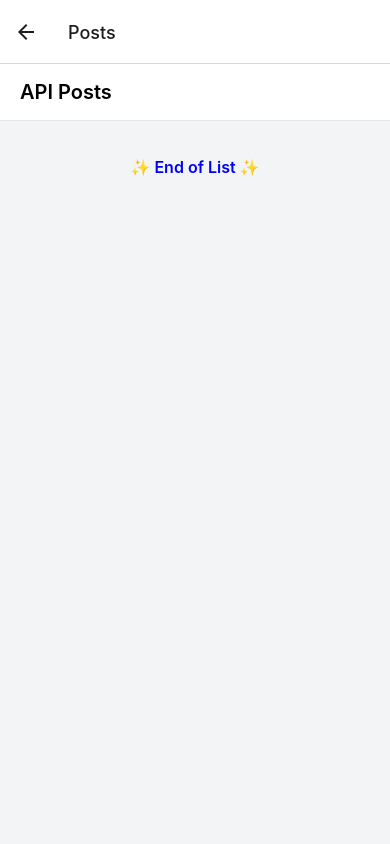
Repository: nawaz1568/Task_counter
Screen: /Posts
An editor plug-in stored every save of this project. The screen is shown before and after the next save, followed by the edit.
The page's requests for data from a server got no answer. The app was drawn by React Native's web renderer in a window 390 px wide. The project was rebuilt for these pictures with package versions that can differ from the ones it lists, and the page was loaded fresh each time. No one was signed in, and anything a server would have sent is missing. Also part of the build but not shown: src/screens/PostDetailScreen.js, src/screens/CounterScreen.js, src/screens/PostsScreen.js, src/screens/AnotherDetailScreen.js, src/screens/DummyPostsScreen.js, src/screens/DummyPostDetailScreen.js.

Above is the screen before, as saved 2025-09-09 20:03:51.

### App.js
import React from 'react';
import { NavigationContainer } from '@react-navigation/native';
import { createNativeStackNavigator } from '@react-navigation/native-stack';
import LoginScreen from './src/screens/LoginScreen';
import PostListScreen from './src/screens/PostListScreen';
import PostDetailScreen from './src/screens/PostDetailScreen';
import CounterScreen from './src/screens/CounterScreen';
import PostsScreen from './src/screens/PostsScreen';
import AnotherDetailScreen from './src/screens/AnotherDetailScreen';
import DummyPostsScreen from './src/screens/DummyPostsScreen';
import DummyPostDetailScreen from './src/screens/DummyPostDetailScreen';

const Stack = createNativeStackNavigator();

export default function App() {
  return (
    <NavigationContainer>
      <Stack.Navigator initialRouteName="Login">
        <Stack.Screen name="Login" component={LoginScreen} options={{ title: 'Login' }} />
        <Stack.Screen name="Posts" component={PostListScreen} options={{ title: 'Posts' }} />
        <Stack.Screen name="Details" component={PostDetailScreen} options={{ title: 'Post Details' }} />
        <Stack.Screen name="AnotherDetails" component={AnotherDetailScreen} options={{ title: 'Another Detail' }} />
        <Stack.Screen name="Post" component={PostsScreen} options={{ title: 'Post' }} />
        <Stack.Screen name="Counter" component={CounterScreen} options={{ title: 'Counter' }} />
         <Stack.Screen name="DummyPosts" component={DummyPostsScreen} options={{ title: 'Dummy Posts' }} />
        <Stack.Screen name="DummyPostDetail" component={DummyPostDetailScreen} options={{ title: 'Post Detail' }} />
      </Stack.Navigator>
    </NavigationContainer>
  );
}

### src/screens/LoginScreen.js
import React, { useState } from 'react';
import { View, Text, TextInput, Alert, TouchableOpacity, StyleSheet } from 'react-native';
import Icon from 'react-native-vector-icons/Ionicons'; // 👈 install if not already

export default function LoginScreen({ navigation }) {
  const [email, setEmail] = useState('');
  const [password, setPassword] = useState('');
  const [secureTextEntry, setSecureTextEntry] = useState(true); // 👈 toggle state

  const onLogin = () => {
    Alert.alert('Login', `Email: ${email}\nPassword: ${password}`);
    navigation.navigate('Posts');
  };

  const goToCounter = () => {
    navigation.navigate('Counter');
  };

  return (
    <View style={styles.container}>
      <Text style={styles.title}>Welcome</Text>

      {/* Email Input */}
      <TextInput
        placeholder="Email"
        value={email}
        onChangeText={setEmail}
        keyboardType="email-address"
        autoCapitalize="none"
        style={styles.input}
      />

      {/* Password Input with Eye Icon */}
      <View style={styles.passwordContainer}>
        <TextInput
          placeholder="Password"
          value={password}
          onChangeText={setPassword}
          secureTextEntry={secureTextEntry}
          style={styles.passwordInput}
        />
        <TouchableOpacity
          onPress={() => setSecureTextEntry(!secureTextEntry)}
          style={styles.eyeIcon}
        >
          <Icon name={secureTextEntry ? 'eye-off' : 'eye'} size={22} color="#6b7280" />
        </TouchableOpacity>
      </View>

      {/* Buttons */}
      <TouchableOpacity style={styles.button} onPress={onLogin}>
        <Text style={styles.buttonText}>Login</Text>
      </TouchableOpacity>

      <TouchableOpacity
        style={[styles.button, { backgroundColor: '#2563eb', marginTop: 12 }]}
        onPress={() => navigation.navigate('Post')}
      >
        <Text style={styles.buttonText}>JSON</Text>
      </TouchableOpacity>

      <TouchableOpacity
        style={[styles.button, { backgroundColor: '#10b981', marginTop: 12 }]}
        onPress={() => navigation.navigate('DummyPosts')}
      >
        <Text style={styles.buttonText}>Dummy API</Text>
      </TouchableOpacity>

      <TouchableOpacity
        style={[styles.button, { backgroundColor: '#f59e0b', marginTop: 12 }]}
        onPress={goToCounter}
      >
        <Text style={styles.buttonText}>Go to Counter Demo</Text>
      </TouchableOpacity>
    </View>
  );
}

const styles = StyleSheet.create({
  container: {
    flex: 1,
    alignItems: 'center',
    justifyContent: 'center',
    padding: 20,
    backgroundColor: '#f9fafb',
  },
  title: { fontSize: 24, fontWeight: '700', marginBottom: 24 },
  input: {
    width: '100%',
    borderWidth: 1,
    borderColor: '#d1d5db',
    borderRadius: 12,
    padding: 12,
    marginBottom: 12,
    backgroundColor: '#fff',
  },
  passwordContainer: {
    flexDirection: 'row',
    alignItems: 'center',
    width: '100%',
    borderWidth: 1,
    borderColor: '#d1d5db',
    borderRadius: 12,
    marginBottom: 12,
    backgroundColor: '#fff',
  },
  passwordInput: {
    flex: 1,
    padding: 12,
  },
  eyeIcon: {
    paddingHorizontal: 12,
  },
  button: {
    width: '100%',
    padding: 14,
    backgroundColor: '#111827',
    borderRadius: 12,
    alignItems: 'center',
    marginTop: 4,
  },
  buttonText: { color: '#fff', fontWeight: '600' },
});

### src/screens/PostListScreen.js
import React, { useEffect, useState, useCallback } from "react";
import {
  View,
  Text,
  FlatList,
  ActivityIndicator,
  TouchableOpacity,
  StyleSheet,
  RefreshControl,
} from "react-native";
import Header from "../components/Header";

export default function PostListScreen({ navigation }) {
  const [posts, setPosts] = useState([]);
  const [loading, setLoading] = useState(false);
  const [refreshing, setRefreshing] = useState(false);

  const fetchPosts = async () => {
    try {
      setLoading(true);
      const res = await fetch("https://jsonplaceholder.typicode.com/posts");
      const data = await res.json();
      setPosts(data);
    } catch (e) {
      console.warn("Failed to fetch posts", e);
    } finally {
      setLoading(false);
    }
  };

  useEffect(() => {
    fetchPosts();
  }, []);

  const onRefresh = useCallback(async () => {
    setRefreshing(true);
    await fetchPosts();
    setRefreshing(false);
  }, []);

  const renderItem = ({ item }) => (
    <TouchableOpacity
      style={styles.card}
      onPress={() => navigation.navigate("Details", { post: item })}
    >
      <Text style={styles.cardDetail}>UserID: {item.userId}</Text>
      <Text style={styles.cardDetail}>ID: {item.id}</Text>
      <Text style={styles.cardTitle}>{item.title}</Text>
      <Text style={styles.cardBody}>{item.body}</Text>
    </TouchableOpacity>
  );

  if (loading && posts.length === 0) {
    return (
      <View style={styles.center}>
        <ActivityIndicator size="large" />
      </View>
    );
  }

  return (
    <View style={styles.container}>
      <Header title="API Posts" />
      <FlatList
        data={posts}
        keyExtractor={(item, index) => `${item.id}-${index}`} // ✅ always unique
        renderItem={renderItem}
        contentContainerStyle={{ padding: 16 }}
        extraData={posts} // ✅ force re-render if posts change
        ListFooterComponent={
          <View style={styles.footerContainer}>
            <Text style={styles.footer}>✨ End of List ✨</Text>
          </View>
        }
        refreshControl={
          <RefreshControl refreshing={refreshing} onRefresh={onRefresh} />
        }
      />
    </View>
  );
}

const styles = StyleSheet.create({
  container: { flex: 1, backgroundColor: "#f3f4f6" },
  center: { flex: 1, alignItems: "center", justifyContent: "center" },
  card: {
    backgroundColor: "#fff",
    padding: 16,
    borderRadius: 12,
    marginBottom: 12,
    borderWidth: 1,
    borderColor: "#e5e7eb",
  },
  cardDetail: { fontSize: 14, color: "#4b5563", marginBottom: 4 },
  cardTitle: { fontSize: 16, fontWeight: "700", marginBottom: 6 },
  cardBody: { color: "#374151" },
  footerContainer: {
    paddingVertical: 20,
    alignItems: "center",
    justifyContent: "center",
  },
  footer: {
    color: "blue", // ✅ blue color
    fontWeight: "600",
    fontSize: 16,
  },
});

### src/components/Header.js
import React from 'react';
import { View, Text, StyleSheet } from 'react-native';

export default function Header({ title }) {
  return (
    <View style={styles.container}>
      <Text style={styles.title}>{title}</Text>
    </View>
  );
}

const styles = StyleSheet.create({
  container: {
    paddingVertical: 16,
    paddingHorizontal: 20,
    borderBottomWidth: 1,
    borderColor: '#e5e7eb',
    backgroundColor: '#fff',
  },
  title: {
    fontSize: 20,
    fontWeight: '600',
  },
});

After the next save:
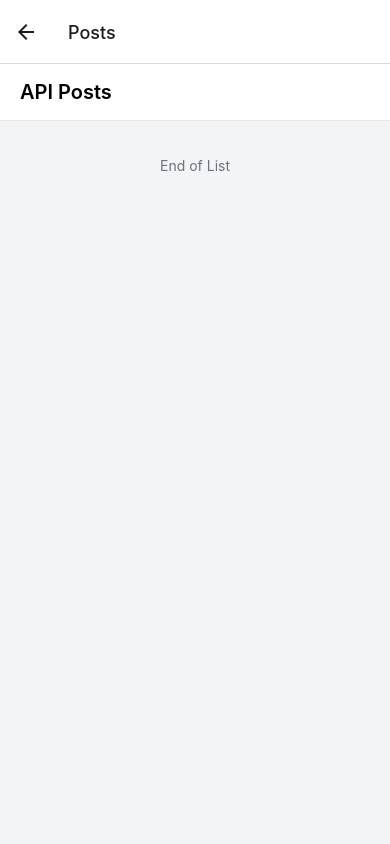
Saved 5 min 16 s later.
--- a/src/screens/PostListScreen.js
+++ b/src/screens/PostListScreen.js
@@ -1,14 +1,6 @@
-import React, { useEffect, useState, useCallback } from "react";
-import {
-  View,
-  Text,
-  FlatList,
-  ActivityIndicator,
-  TouchableOpacity,
-  StyleSheet,
-  RefreshControl,
-} from "react-native";
-import Header from "../components/Header";
+import React, { useEffect, useState, useCallback } from 'react';
+import { View, Text, FlatList, ActivityIndicator, TouchableOpacity, StyleSheet, RefreshControl } from 'react-native';
+import Header from '../components/Header';
 
 export default function PostListScreen({ navigation }) {
   const [posts, setPosts] = useState([]);
@@ -18,19 +10,17 @@
   const fetchPosts = async () => {
     try {
       setLoading(true);
-      const res = await fetch("https://jsonplaceholder.typicode.com/posts");
+      const res = await fetch('https://jsonplaceholder.typicode.com/posts');
       const data = await res.json();
       setPosts(data);
     } catch (e) {
-      console.warn("Failed to fetch posts", e);
+      console.warn('Failed to fetch posts', e);
     } finally {
       setLoading(false);
     }
   };
 
-  useEffect(() => {
-    fetchPosts();
-  }, []);
+  useEffect(() => { fetchPosts(); }, []);
 
   const onRefresh = useCallback(async () => {
     setRefreshing(true);
@@ -39,14 +29,9 @@
   }, []);
 
   const renderItem = ({ item }) => (
-    <TouchableOpacity
-      style={styles.card}
-      onPress={() => navigation.navigate("Details", { post: item })}
-    >
-      <Text style={styles.cardDetail}>UserID: {item.userId}</Text>
-      <Text style={styles.cardDetail}>ID: {item.id}</Text>
+    <TouchableOpacity style={styles.card} onPress={() => navigation.navigate('Details', { post: item })}>
       <Text style={styles.cardTitle}>{item.title}</Text>
-      <Text style={styles.cardBody}>{item.body}</Text>
+      <Text style={styles.cardBody} numberOfLines={2}>{item.body}</Text>
     </TouchableOpacity>
   );
 
@@ -63,45 +48,32 @@
       <Header title="API Posts" />
       <FlatList
         data={posts}
-        keyExtractor={(item, index) => `${item.id}-${index}`} // ✅ always unique
+        keyExtractor={(item) => String(item.id)}
         renderItem={renderItem}
         contentContainerStyle={{ padding: 16 }}
-        extraData={posts} // ✅ force re-render if posts change
-        ListFooterComponent={
-          <View style={styles.footerContainer}>
-            <Text style={styles.footer}>✨ End of List ✨</Text>
-          </View>
-        }
-        refreshControl={
-          <RefreshControl refreshing={refreshing} onRefresh={onRefresh} />
-        }
+        ListFooterComponent={<Text style={styles.footer}>End of List</Text>}
+        refreshControl={<RefreshControl refreshing={refreshing} onRefresh={onRefresh} />}
       />
     </View>
   );
 }
 
 const styles = StyleSheet.create({
-  container: { flex: 1, backgroundColor: "#f3f4f6" },
-  center: { flex: 1, alignItems: "center", justifyContent: "center" },
+  container: { flex: 1, backgroundColor: '#f3f4f6' },
+  center: { flex: 1, alignItems: 'center', justifyContent: 'center' },
   card: {
-    backgroundColor: "#fff",
+    backgroundColor: '#fff',
     padding: 16,
     borderRadius: 12,
     marginBottom: 12,
     borderWidth: 1,
-    borderColor: "#e5e7eb",
+    borderColor: '#e5e7eb',
   },
-  cardDetail: { fontSize: 14, color: "#4b5563", marginBottom: 4 },
-  cardTitle: { fontSize: 16, fontWeight: "700", marginBottom: 6 },
-  cardBody: { color: "#374151" },
-  footerContainer: {
+  cardTitle: { fontSize: 16, fontWeight: '700', marginBottom: 6 },
+  cardBody: { color: '#374151' },
+  footer: {
+    textAlign: 'center',
     paddingVertical: 20,
-    alignItems: "center",
-    justifyContent: "center",
-  },
-  footer: {
-    color: "blue", // ✅ blue color
-    fontWeight: "600",
-    fontSize: 16,
+    color: '#6b7280',
   },
 });

After the save that followed:
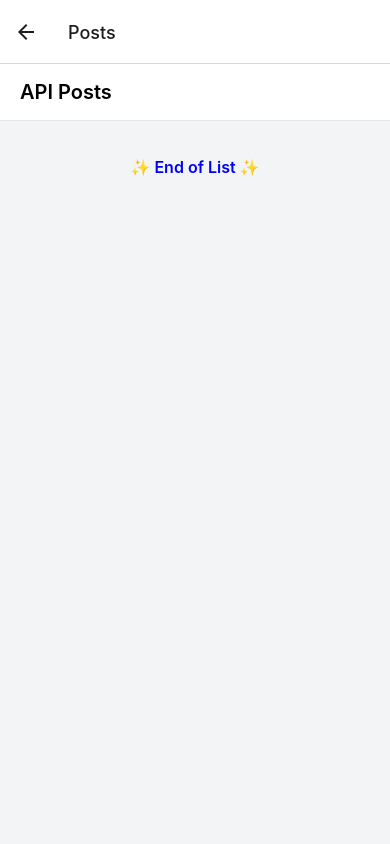
Saved 15 s later.
--- a/src/screens/PostListScreen.js
+++ b/src/screens/PostListScreen.js
@@ -1,6 +1,14 @@
-import React, { useEffect, useState, useCallback } from 'react';
-import { View, Text, FlatList, ActivityIndicator, TouchableOpacity, StyleSheet, RefreshControl } from 'react-native';
-import Header from '../components/Header';
+import React, { useEffect, useState, useCallback } from "react";
+import {
+  View,
+  Text,
+  FlatList,
+  ActivityIndicator,
+  TouchableOpacity,
+  StyleSheet,
+  RefreshControl,
+} from "react-native";
+import Header from "../components/Header";
 
 export default function PostListScreen({ navigation }) {
   const [posts, setPosts] = useState([]);
@@ -10,17 +18,19 @@
   const fetchPosts = async () => {
     try {
       setLoading(true);
-      const res = await fetch('https://jsonplaceholder.typicode.com/posts');
+      const res = await fetch("https://jsonplaceholder.typicode.com/posts");
       const data = await res.json();
       setPosts(data);
     } catch (e) {
-      console.warn('Failed to fetch posts', e);
+      console.warn("Failed to fetch posts", e);
     } finally {
       setLoading(false);
     }
   };
 
-  useEffect(() => { fetchPosts(); }, []);
+  useEffect(() => {
+    fetchPosts();
+  }, []);
 
   const onRefresh = useCallback(async () => {
     setRefreshing(true);
@@ -29,9 +39,14 @@
   }, []);
 
   const renderItem = ({ item }) => (
-    <TouchableOpacity style={styles.card} onPress={() => navigation.navigate('Details', { post: item })}>
+    <TouchableOpacity
+      style={styles.card}
+      onPress={() => navigation.navigate("Details", { post: item })}
+    >
+      <Text style={styles.cardDetail}>UserID: {item.userId}</Text>
+      <Text style={styles.cardDetail}>ID: {item.id}</Text>
       <Text style={styles.cardTitle}>{item.title}</Text>
-      <Text style={styles.cardBody} numberOfLines={2}>{item.body}</Text>
+      <Text style={styles.cardBody}>{item.body}</Text>
     </TouchableOpacity>
   );
 
@@ -48,32 +63,45 @@
       <Header title="API Posts" />
       <FlatList
         data={posts}
-        keyExtractor={(item) => String(item.id)}
+        keyExtractor={(item, index) => `${item.id}-${index}`} // ✅ always unique
         renderItem={renderItem}
         contentContainerStyle={{ padding: 16 }}
-        ListFooterComponent={<Text style={styles.footer}>End of List</Text>}
-        refreshControl={<RefreshControl refreshing={refreshing} onRefresh={onRefresh} />}
+        extraData={posts} // ✅ force re-render if posts change
+        ListFooterComponent={
+          <View style={styles.footerContainer}>
+            <Text style={styles.footer}>✨ End of List ✨</Text>
+          </View>
+        }
+        refreshControl={
+          <RefreshControl refreshing={refreshing} onRefresh={onRefresh} />
+        }
       />
     </View>
   );
 }
 
 const styles = StyleSheet.create({
-  container: { flex: 1, backgroundColor: '#f3f4f6' },
-  center: { flex: 1, alignItems: 'center', justifyContent: 'center' },
+  container: { flex: 1, backgroundColor: "#f3f4f6" },
+  center: { flex: 1, alignItems: "center", justifyContent: "center" },
   card: {
-    backgroundColor: '#fff',
+    backgroundColor: "#fff",
     padding: 16,
     borderRadius: 12,
     marginBottom: 12,
     borderWidth: 1,
-    borderColor: '#e5e7eb',
+    borderColor: "#e5e7eb",
   },
-  cardTitle: { fontSize: 16, fontWeight: '700', marginBottom: 6 },
-  cardBody: { color: '#374151' },
+  cardDetail: { fontSize: 14, color: "#4b5563", marginBottom: 4 },
+  cardTitle: { fontSize: 16, fontWeight: "700", marginBottom: 6 },
+  cardBody: { color: "#374151" },
+  footerContainer: {
+    paddingVertical: 20,
+    alignItems: "center",
+    justifyContent: "center",
+  },
   footer: {
-    textAlign: 'center',
-    paddingVertical: 20,
-    color: '#6b7280',
+    color: "blue", // ✅ blue color
+    fontWeight: "600",
+    fontSize: 16,
   },
 });
